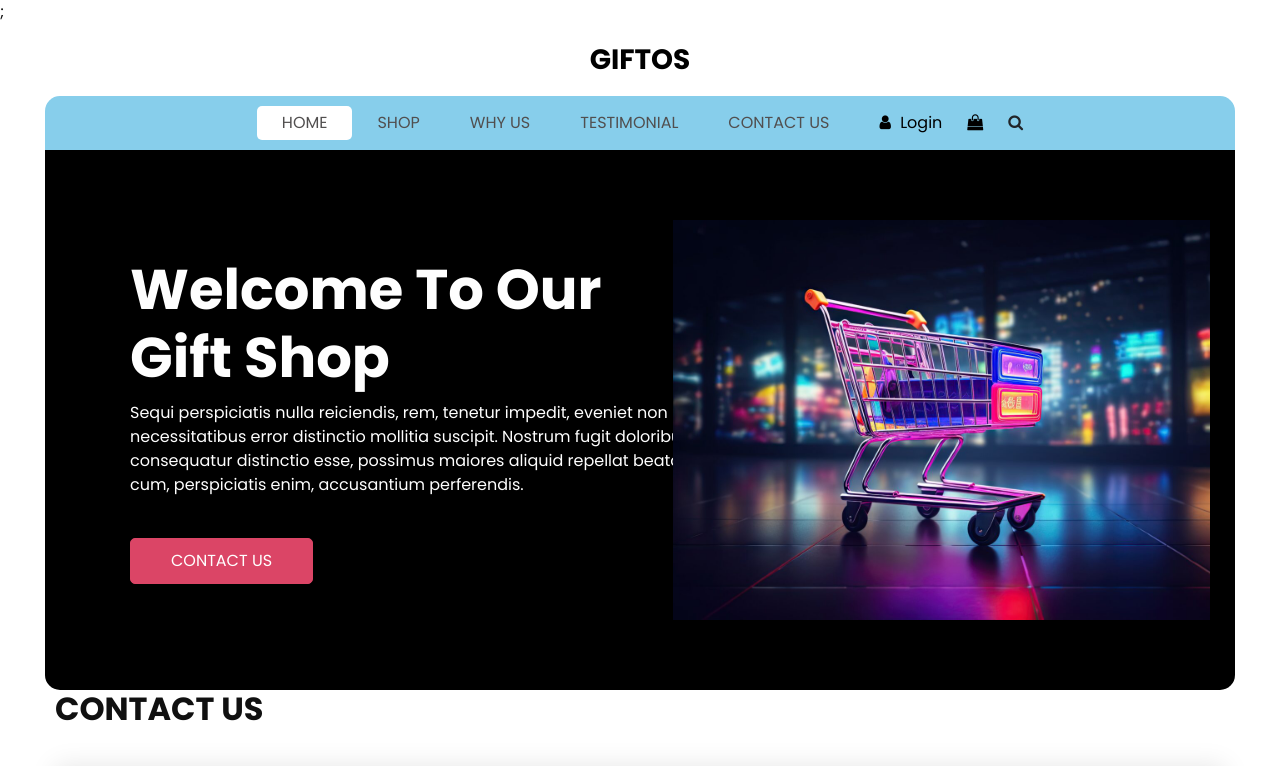
Repository: tanimtanzilislam/ecommerce_project_laravel
Page: http://localhost/
The author's editor kept a copy of each file at every save. The page is drawn from the files as they stood at one save, then again after a run of saves.
The browser window is 1280 px wide. The pictures show the part of the page from y = 0 to 766 px (the page is 1882 px tall before and 2878 px after).
Pictures or frames that could not be fetched are drawn as grey boxes. The page is served by the project's Laravel application, run on PHP 8.4 with Laravel 12.

Above is the page before, as saved 2025-06-14 14:53:33.

After the next 3 saves:
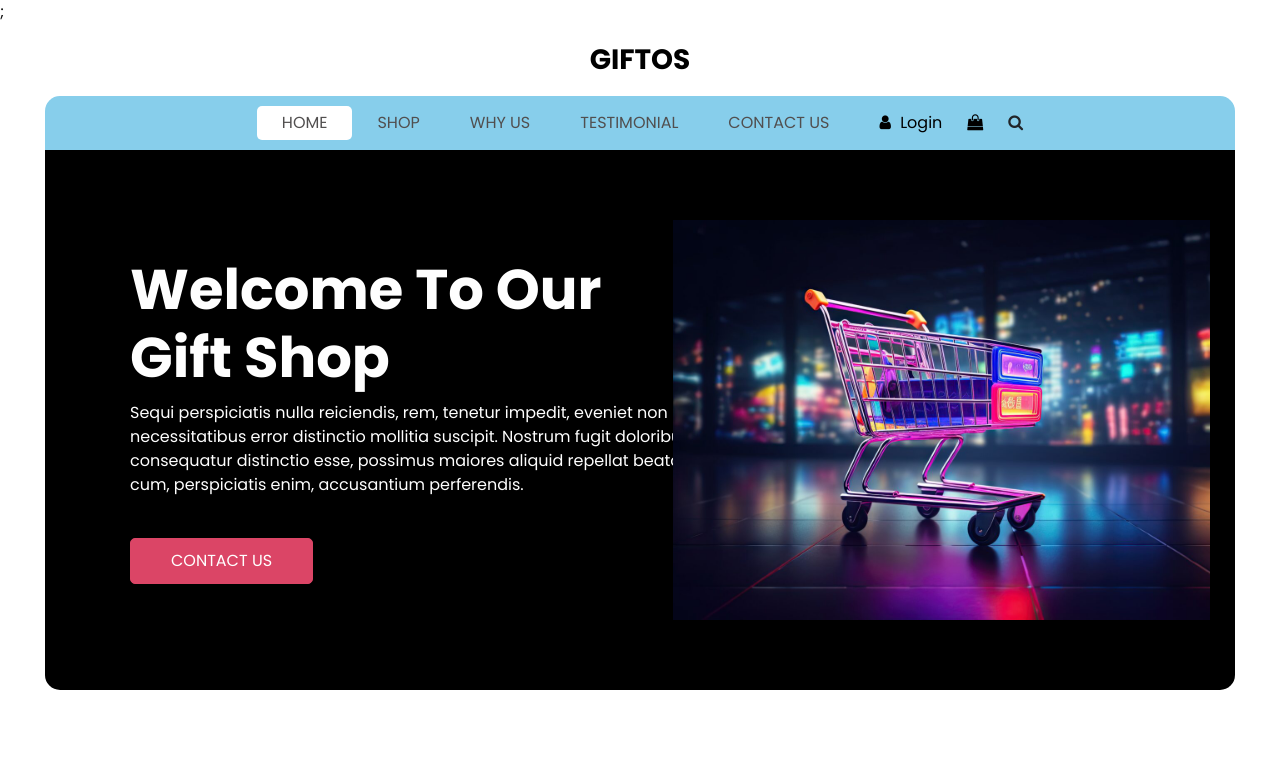
The 3 saves are shown as one change because 1 did not build or start and some came seconds apart.
The last was saved 23 s later.
--- a/resources/views/home/index.blade.php
+++ b/resources/views/home/index.blade.php
@@ -19,7 +19,7 @@
 
   <!-- shop section -->
 
-
+  @include('home.product');
 
   <!-- end shop section -->
 
